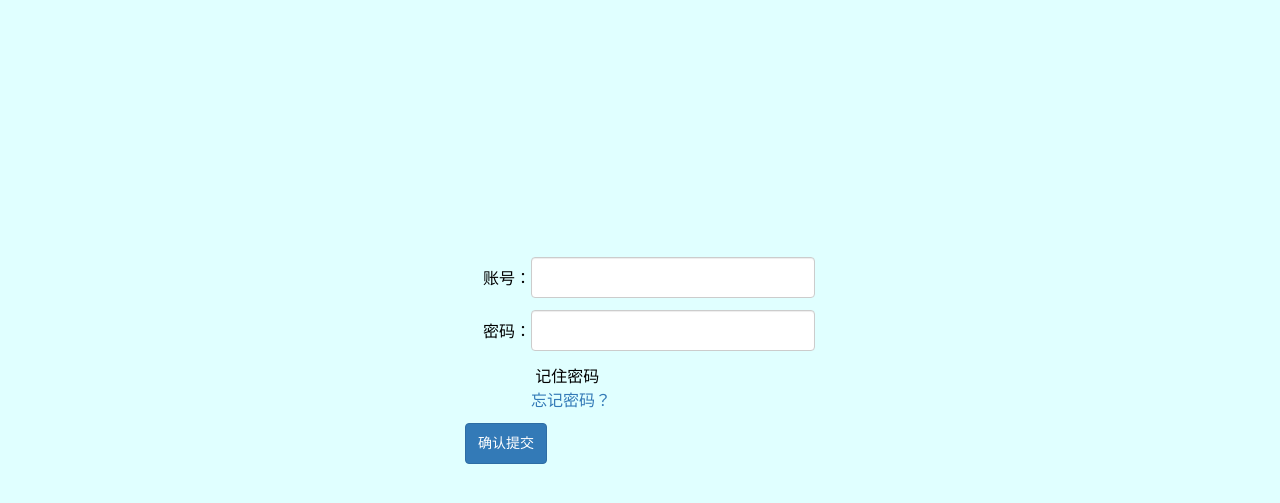
Repository: DeeFromChina/wechat
Page: http://localhost/wechat/jsp/login/login.jsp
An editor plug-in stored every save of this project. The page is shown before and after the next save, followed by the edit.
The browser window is 1280 px wide. The pictures show the whole page.
The page is served by Tomcat 9.

Above is the page before, as saved 2018-02-12 08:06:21.

After the next save:
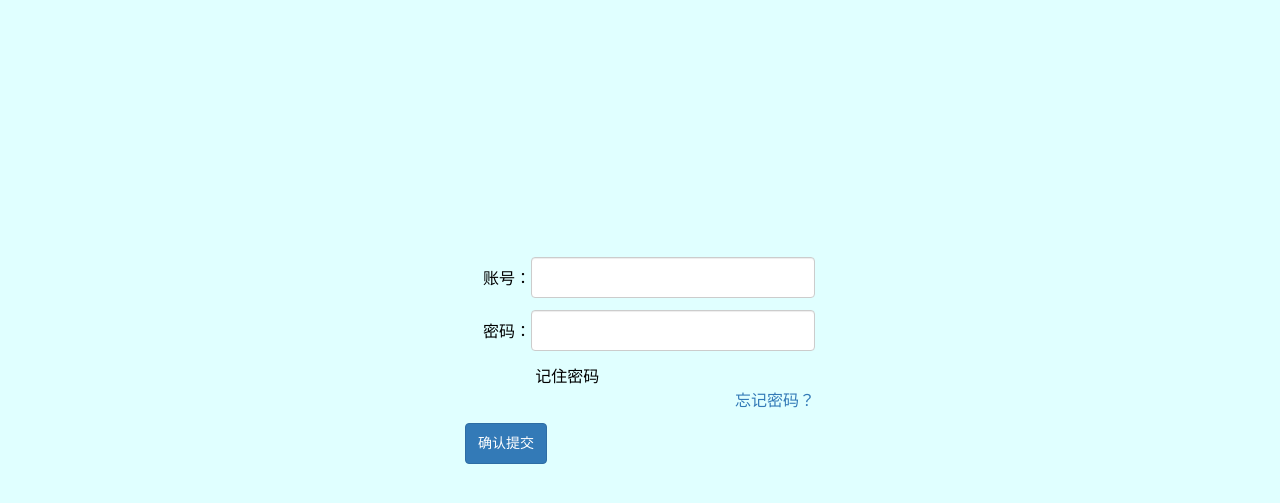
Saved 12 s later.
--- a/wechat/web/jsp/login/login.jsp
+++ b/wechat/web/jsp/login/login.jsp
@@ -39,7 +39,7 @@
 						<img id="remeber" class="remeberImg" onclick="changeRemeber()" />
 						<font class="font-14 color9A9A9A">记住密码</font>
 					</div>
-					<div class="wi50 floatL">
+					<div class="wi50 floatL textR">
 						<a onclick="" class="font-14 color00B38A hand">
 							忘记密码？
 						</a>
